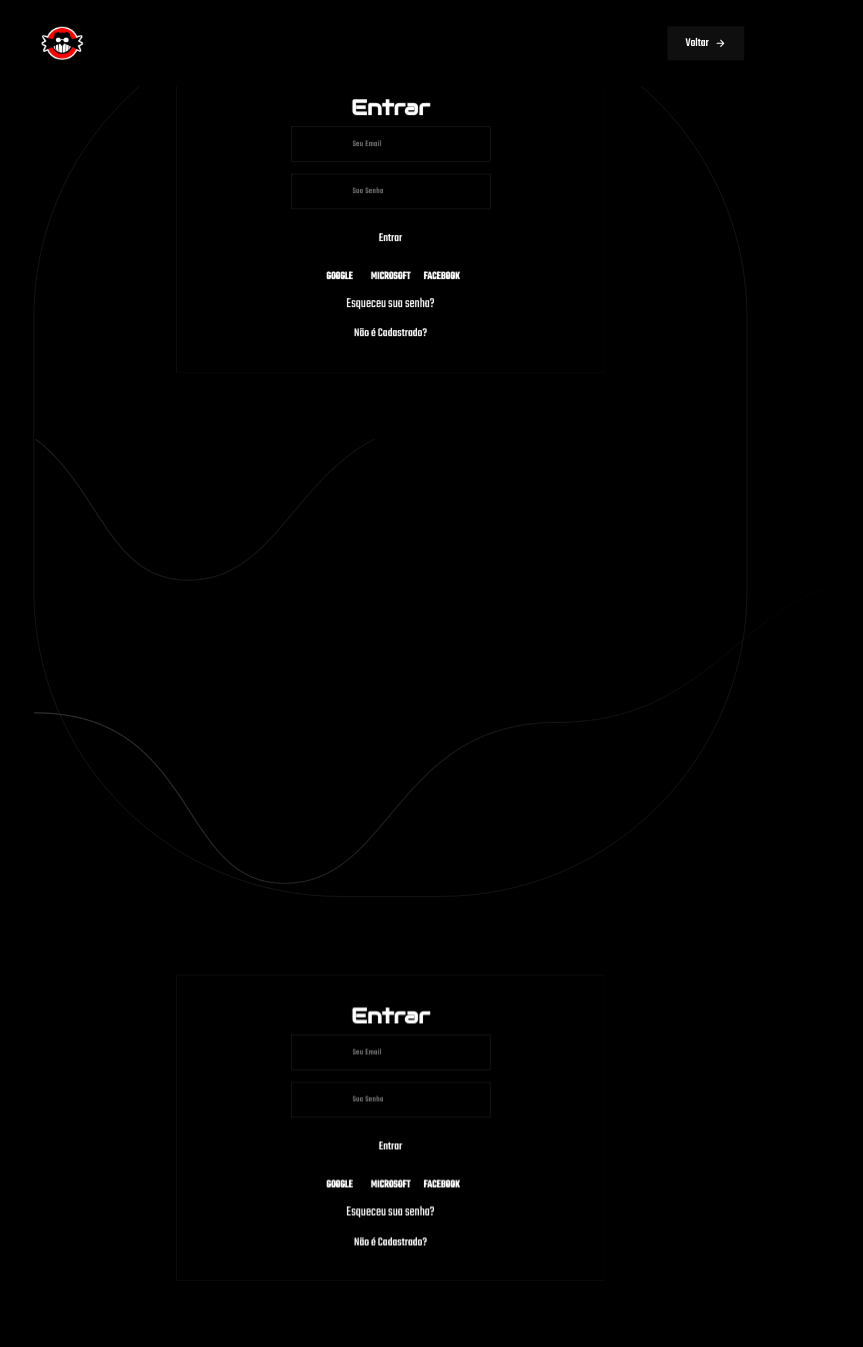
Repository: Cartoon-Network/Projeto-Semestral
Page: cadastro.html
An editor plug-in stored every save of this project. The page is shown before and after the next save, followed by the edit.
The browser window is 1280 px wide. The page is 1414 px wide, so the pictures cover 1414 px, including what lies to the right of the window. The pictures show the whole page, at 61% of full size.
Some icons come from a web library that is not loaded, so they are not drawn. Some web fonts or font styles are not loaded; a fallback is used.

Above is the page before, as saved 2023-11-20 16:25:48.
Console error: TypeError: Cannot read properties of null (reading 'addEventListener')

### cadastro.html
<!DOCTYPE html>
<html lang="en">
<head>
  <meta charset="UTF-8">
  <meta http-equiv="X-UA-Compatible" content="IE=edge">
  <meta name="viewport" content="width=device-width, initial-scale=1.0">
  <title>EggmanSTORE - Entrar</title>
  <meta name="title" content="EggmanSTORE - Entrar">
  <meta name="description" content="">
  <link rel="preconnect" href="https://fonts.googleapis.com">
  <link rel="preconnect" href="https://fonts.gstatic.com" crossorigin>
  <link href="https://fonts.googleapis.com/css2?family=Roboto:wght@400;500;700&display=swap" rel="stylesheet">
  <link rel="stylesheet" href="./assets/font/font.css">
  <link rel="stylesheet" href="./css/style.css">
  <link rel="preload" as="image" href="./assets/images/hero-banner.jpg">
  <link rel="preload" as="image" href="./assets/images/hero-shape-1.png">
  <link rel="preload" as="image" href="./assets/images/hero-shape-2.png">
  <link rel="icon" type="image/x-icon" href="./assets/images/dbgg5ml-5480b4b2-1a5a-4b91-b06f-699c8e9285f5-removebg-preview.png">
  <link rel="stylesheet" href="https://unicons.iconscout.com/release/v4.0.0/css/line.css" />

</head>
<body id="top">

  <!-- Carregamento da página -->

  <div class="preloader" data-preloader>
    <span class="line"></span>
  </div>

  <!--Navegação-->

  <header class="header" data-header>
    <div class="container">
      <a href="#" class="logo">
        <img src="./assets/images/logo eggman.png"
         width="84" height="26" alt="logo">
      </a>

      <nav class="navbar" data-navbar>

        <div class="navbar-top">
          <a href="#" class="logo">
            <img src="./assets/images/logo eggman.png"
            width="84" height="26" alt="logo">
          </a>

          <button class="nav-close-btn"
          aria-label="close menu" data-nav-toggler>
            <ion-icon name="close-outline"
            aria-hidden="true"></ion-icon>
          </button>
        </div>

        <ul class="navbar-list">

      <a href="index.html" class="btn btn:hover">
        <span class="span">Voltar</span>

        <ion-icon name="arrow-forward"
        aria-hidden="true"></ion-icon>
      </a>
    </ul>
  </nav>

      <button class="nav-open-btn btn:hover"
      aria-label="open menu" data-nav-toggler>
        <span class="line line-1"></span>
        <span class="line line-2"></span>
      </button>

      <div class="overlay"
      data-overlay data-nav-toggler></div>
    </div>
  </header>
  <main>
    <article>
      <div class="cursor-dot" data-cursor></div>
      <div class="cursor-outline" data-cursor></div>

      <div class="container">

        <div class="banner-outline has-after">

          <!-- Código do card com formulários de login e cadastro -->
      <section class="card-section">
        <div class="card-container">
          <div class="card" id="card">
            <div class="card-front">
              <h4 class="mb-4 pb-3">Entrar</h4>
              <div class="form-group">
                <input type="email" name="email" class="form-style" placeholder="Seu Email" id="email" autocomplete="off">
                <i class="input-icon uil uil-at"></i>
              </div>
              <div class="form-group mt-2">
                <input type="password" name="senha" class="form-style" placeholder="Sua Senha" id="senha" autocomplete="off">
                <i class="input-icon uil uil-lock-alt"></i>
              </div>
              <a href="index.html" class="btn mt-4" onclick="flipCard()">Entrar</a>
              <div class="social-buttons">
                <button class="social-btn google-btn" onclick="signInWithGoogle()">
                  <i class="uil uil-google"></i> Google
                </button>
                <button class="social-btn microsoft-btn">
                  <i class="uil uil-windows"></i> Microsoft
                </button>
                <button class="social-btn facebook-btn">
                  <i class="uil uil-facebook"></i> Facebook
                </button>
              </div>
              <p class="mb-0 mt-4 text-center"><a href="#0" class="link">Esqueceu sua senha?</a></p>

              <a href="#" class="btn mt-4" onclick="flipCard()">Não é Cadastrado?</a>
            </div>

            <div class="card-back">
              <h4 class="mb-4 pb-3">Cadastre-se</h4>
              <div class="form-group">
                <input type="text" name="nome" class="form-style" placeholder="Seu Nome Completo" id="nome" autocomplete="off">
                <i class="input-icon uil uil-user"></i>
              </div>
              <div class="form-group mt-2">
                <input type="email" name="email" class="form-style" placeholder="Seu Email" id="email" autocomplete="off">
                <i class="input-icon uil uil-at"></i>
              </div>
              <div class="form-group mt-2">
                <input type="password" name="senha" class="form-style" placeholder="Sua Senha" id="senha" autocomplete="off">
                <i class="input-icon uil uil-lock-alt"></i>
              </div>
              <a href="#" class="btn mt-4" onclick="flipCard()">Voltar</a>
              <div class="social-buttons">
                <button class="social-btn google-btn" onclick="signInWithGoogle()">
                  <i class="uil uil-google"></i> Google
                </button>
                <button class="social-btn microsoft-btn">
                  <i class="uil uil-windows"></i> Microsoft
                </button>
                <button class="social-btn facebook-btn">
                  <i class="uil uil-facebook"></i> Facebook
                </button>
              </div>
              <a href="index.html" class="btn mt-4" onclick="flipCard()">Cancelar</a>
            </div>
          </div>
        </div>
      </section>

        <img src="./assets/images/hero-shape-1.png"
         width="559" height="232" alt="shape"
          class="shape shape-1">

        <img src="./assets/images/hero-shape-2.png"
         width="1358" height="497" alt="shape"
          class="shape shape-2">
      </div>

  <br>
      <!-- Código do card com formulários de login e cadastro -->
      <section class="card-section">
        <div class="card-container">
          <div class="card" id="card">
            <div class="card-front">
              <h4 class="mb-4 pb-3">Entrar</h4>
              <div class="form-group">
                <input type="email" name="email" class="form-style" placeholder="Seu Email" id="email" autocomplete="off">
                <i class="input-icon uil uil-at"></i>
              </div>
              <div class="form-group mt-2">
                <input type="password" name="senha" class="form-style" placeholder="Sua Senha" id="senha" autocomplete="off">
                <i class="input-icon uil uil-lock-alt"></i>
              </div>
              <a href="index.html" class="btn mt-4" onclick="flipCard()">Entrar</a>
              <div class="social-buttons">
                <button class="social-btn google-btn" onclick="signInWithGoogle()">
                  <i class="uil uil-google"></i> Google
                </button>
                <button class="social-btn microsoft-btn">
                  <i class="uil uil-windows"></i> Microsoft
                </button>
                <button class="social-btn facebook-btn">
                  <i class="uil uil-facebook"></i> Facebook
                </button>
              </div>
              <p class="mb-0 mt-4 text-center"><a href="#0" class="link">Esqueceu sua senha?</a></p>

              <a href="#" class="btn mt-4" onclick="flipCard()">Não é Cadastrado?</a>
            </div>

            <div class="card-back">
              <h4 class="mb-4 pb-3">Cadastre-se</h4>
              <div class="form-group">
                <input type="text" name="nome" class="form-style" placeholder="Seu Nome Completo" id="nome" autocomplete="off">
                <i class="input-icon uil uil-user"></i>
              </div>
              <div class="form-group mt-2">
                <input type="email" name="email" class="form-style" placeholder="Seu Email" id="email" autocomplete="off">
                <i class="input-icon uil uil-at"></i>
              </div>
              <div class="form-group mt-2">
                <input type="password" name="senha" class="form-style" placeholder="Sua Senha" id="senha" autocomplete="off">
                <i class="input-icon uil uil-lock-alt"></i>
              </div>
              <a href="#" class="btn mt-4" onclick="flipCard()">Voltar</a>
              <div class="social-buttons">
                <button class="social-btn google-btn" onclick="signInWithGoogle()">
                  <i class="uil uil-google"></i> Google
                </button>
                <button class="social-btn microsoft-btn">
                  <i class="uil uil-windows"></i> Microsoft
                </button>
                <button class="social-btn facebook-btn">
                  <i class="uil uil-facebook"></i> Facebook
                </button>
              </div>
              <a href="index.html" class="btn mt-4" onclick="flipCard()">Cancelar</a>
            </div>
          </div>
        </div>
      </section>


        <script src="script.js"></script>

        <!--Icones-->

        <script type="module" src="https://unpkg.com/ionicons@5.5.2/dist/ionicons/ionicons.esm.js"></script>
        <script nomodule src="https://unpkg.com/ionicons@5.5.2/dist/ionicons/ionicons.js"></script>
      </body>
      <script>
        function signInWithGoogle() {
          // Implemente a lógica de autenticação com o Google aqui
          // Por exemplo, você pode usar o Google Sign-In API
          // https://developers.google.com/identity/sign-in/web/sign-in
          console.log('Autenticar com Google');
        }
      </script>
      </html>

Loaded but not shown: script.js (256 lines, source omitted); css/style.css (2010 lines, source omitted)

After the next save:
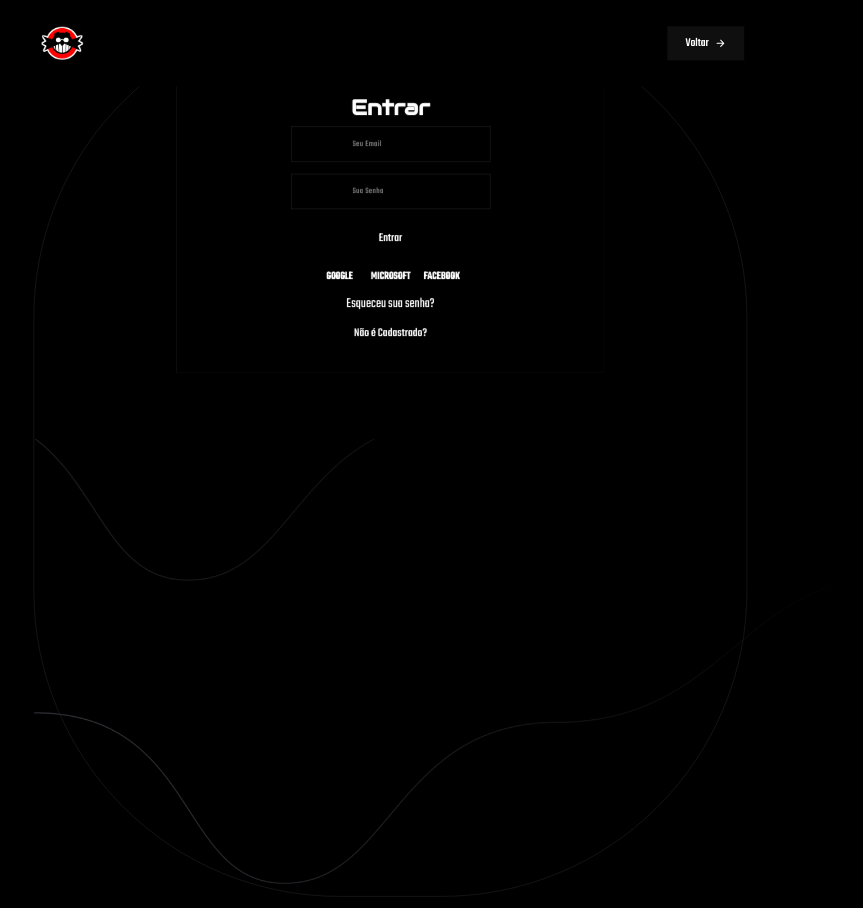
Saved 12 s later.
--- a/cadastro.html
+++ b/cadastro.html
@@ -154,68 +154,7 @@
       </div>
 
   <br>
-      <!-- Código do card com formulários de login e cadastro -->
-      <section class="card-section">
-        <div class="card-container">
-          <div class="card" id="card">
-            <div class="card-front">
-              <h4 class="mb-4 pb-3">Entrar</h4>
-              <div class="form-group">
-                <input type="email" name="email" class="form-style" placeholder="Seu Email" id="email" autocomplete="off">
-                <i class="input-icon uil uil-at"></i>
-              </div>
-              <div class="form-group mt-2">
-                <input type="password" name="senha" class="form-style" placeholder="Sua Senha" id="senha" autocomplete="off">
-                <i class="input-icon uil uil-lock-alt"></i>
-              </div>
-              <a href="index.html" class="btn mt-4" onclick="flipCard()">Entrar</a>
-              <div class="social-buttons">
-                <button class="social-btn google-btn" onclick="signInWithGoogle()">
-                  <i class="uil uil-google"></i> Google
-                </button>
-                <button class="social-btn microsoft-btn">
-                  <i class="uil uil-windows"></i> Microsoft
-                </button>
-                <button class="social-btn facebook-btn">
-                  <i class="uil uil-facebook"></i> Facebook
-                </button>
-              </div>
-              <p class="mb-0 mt-4 text-center"><a href="#0" class="link">Esqueceu sua senha?</a></p>
 
-              <a href="#" class="btn mt-4" onclick="flipCard()">Não é Cadastrado?</a>
-            </div>
-
-            <div class="card-back">
-              <h4 class="mb-4 pb-3">Cadastre-se</h4>
-              <div class="form-group">
-                <input type="text" name="nome" class="form-style" placeholder="Seu Nome Completo" id="nome" autocomplete="off">
-                <i class="input-icon uil uil-user"></i>
-              </div>
-              <div class="form-group mt-2">
-                <input type="email" name="email" class="form-style" placeholder="Seu Email" id="email" autocomplete="off">
-                <i class="input-icon uil uil-at"></i>
-              </div>
-              <div class="form-group mt-2">
-                <input type="password" name="senha" class="form-style" placeholder="Sua Senha" id="senha" autocomplete="off">
-                <i class="input-icon uil uil-lock-alt"></i>
-              </div>
-              <a href="#" class="btn mt-4" onclick="flipCard()">Voltar</a>
-              <div class="social-buttons">
-                <button class="social-btn google-btn" onclick="signInWithGoogle()">
-                  <i class="uil uil-google"></i> Google
-                </button>
-                <button class="social-btn microsoft-btn">
-                  <i class="uil uil-windows"></i> Microsoft
-                </button>
-                <button class="social-btn facebook-btn">
-                  <i class="uil uil-facebook"></i> Facebook
-                </button>
-              </div>
-              <a href="index.html" class="btn mt-4" onclick="flipCard()">Cancelar</a>
-            </div>
-          </div>
-        </div>
-      </section>
 
 
         <script src="script.js"></script>
